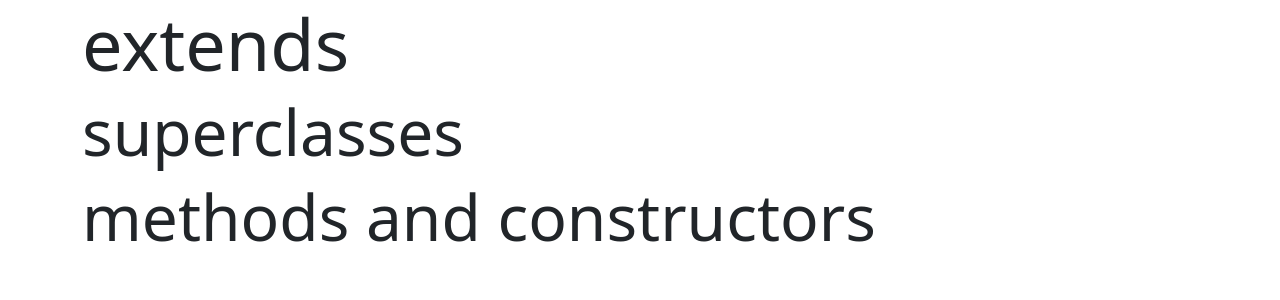
Repository: danieltikamori/wdb
Page: JavaScript/extendends-and-super-keywords/index.html
An editor plug-in stored every save of this project. The page is shown before and after a run of saves, followed by the edit.
The browser window is 1280 px wide. The pictures show the whole page.

Above is the page before, as saved 2023-01-29 13:06:31.
Console error: SyntaxError: Unexpected token '{'

### JavaScript/extendends-and-super-keywords/index.html
<!DOCTYPE html>
<html lang="en">
  <head>
    <meta charset="UTF-8" />
    <meta http-equiv="X-UA-Compatible" content="IE=edge" />
    <meta name="viewport" content="width=device-width, initial-scale=1.0" />
    <title>JS extends and super keywords</title>
    <link href="https://cdn.jsdelivr.net/npm/bootstrap@5.3.0-alpha1/dist/css/bootstrap.min.css" rel="stylesheet" integrity="sha384-GLhlTQ8iRABdZLl6O3oVMWSktQOp6b7In1Zl3/Jr59b6EGGoI1aFkw7cmDA6j6gD" crossorigin="anonymous">
  </head>
  <body>
<div class="container">
  <h1 class="display-2">extends</h1>
  <h2 class="display-3">superclasses</h2>
  <h2 class="display-3">methods and constructors</h2>
</div>


<script src="https://cdn.jsdelivr.net/npm/bootstrap@5.3.0-alpha1/dist/js/bootstrap.bundle.min.js" integrity="sha384-w76AqPfDkMBDXo30jS1Sgez6pr3x5MlQ1ZAGC+nuZB+EYdgRZgiwxhTBTkF7CXvN" crossorigin="anonymous"></script>
    <script src="app.js"></script>
  </body>
</html>

### JavaScript/extendends-and-super-keywords/app.js
class Pet {
  constructor(name, age) {
    this.name = name;
    this.age = age;
  }
  methodEat() {
    return `${this.name} is eating!`;
  }
}

class Cat extends Pet {
  constructor(name, age, livesLeft = 9) {
    super(name, age); // calls the superclass constructor instead of your own(that have the preference)
    this.livesLeft = livesLeft;
  methodMeow() {
    return `${this.name} is meowing!`;
  }
}

class Dog extends Pet {
  methodEat(){ // preferred method over the superclass
    return `${this.name} is eating in it's own class!`;
  }

  methodBark() {
    return `${this.name} is barking!`;
  }
}

After the next 2 saves:
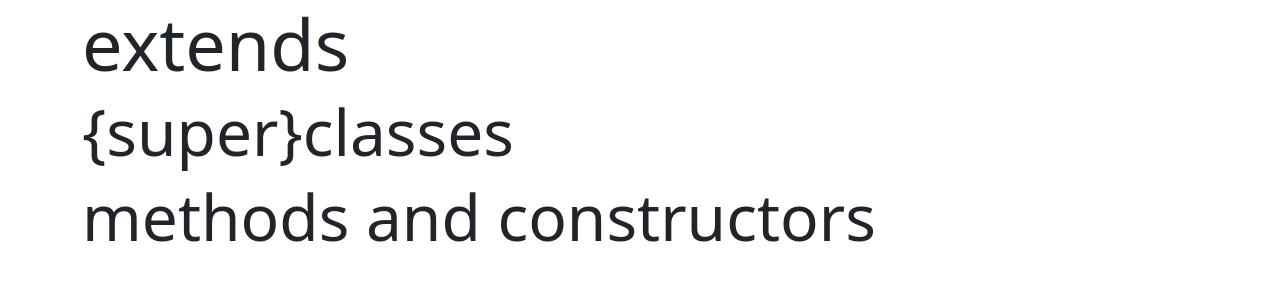
The 2 saves are shown as one change because they came seconds apart.
The last was saved 25 s later.
--- a/JavaScript/extendends-and-super-keywords/index.html
+++ b/JavaScript/extendends-and-super-keywords/index.html
@@ -10,7 +10,7 @@
   <body>
 <div class="container">
   <h1 class="display-2">extends</h1>
-  <h2 class="display-3">superclasses</h2>
+  <h2 class="display-3">{super}classes</h2>
   <h2 class="display-3">methods and constructors</h2>
 </div>
 
